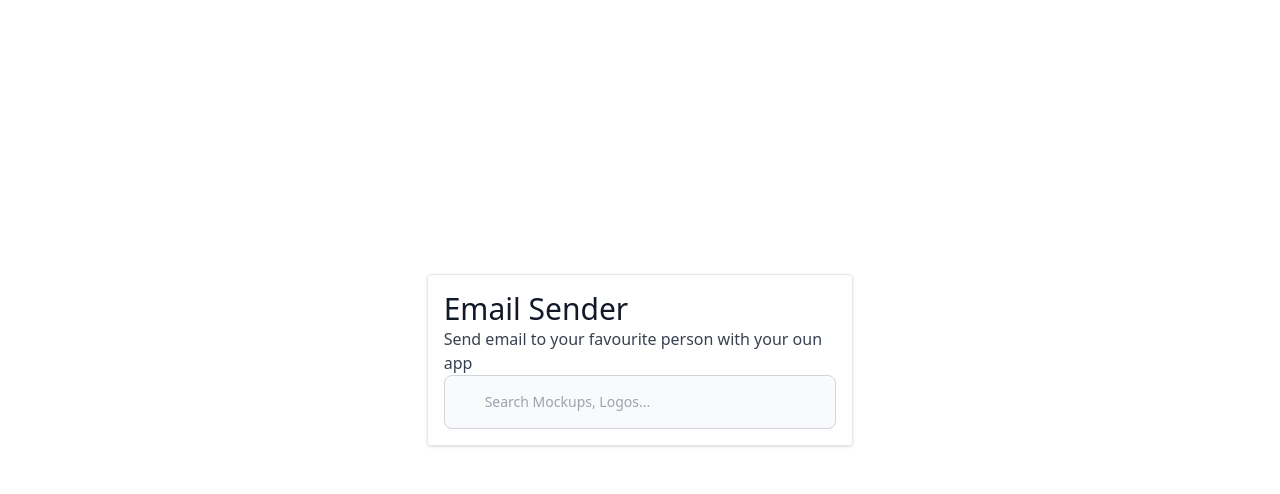
Repository: vikas-1234/EmailReactProject
Page: / (app in email-sender/)
These files come from the project's save history. The page is drawn as it stood at one moment and after the next save; the edit follows.
The browser window is 1280 px wide. The pictures show the whole page.
The project was rebuilt for these pictures with package versions that can differ from the ones it lists, and the page was loaded fresh each time. Also part of the build but not shown: email-sender/vite.config.js, email-sender/src/App.css.

Above is the page before, as saved 2024-04-20 14:46:10.

After the next save:
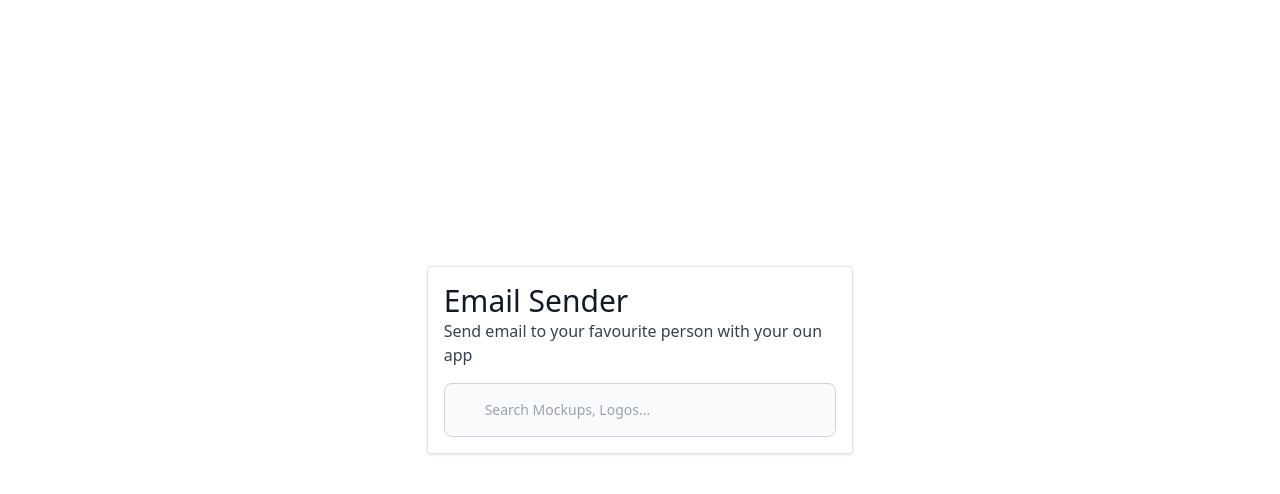
Saved 77 s later.
--- a/email-sender/src/components/EmailSender.jsx
+++ b/email-sender/src/components/EmailSender.jsx
@@ -15,7 +15,7 @@ function EmailSender() {
 
 <form action="">
 
-<div className="input_field">
+<div className="input_field mt-4">
 <label for="default-search" class="mb-2 text-sm font-medium text-gray-900 sr-only dark:text-white">To whom you want send email</label>
 <input type="search" id="default-search" class="block w-full p-4 ps-10 text-sm text-gray-900 border border-gray-300 rounded-lg bg-gray-50 focus:ring-blue-500 focus:border-blue-500 dark:bg-gray-700 dark:border-gray-600 dark:placeholder-gray-400 dark:text-white dark:focus:ring-blue-500 dark:focus:border-blue-500" placeholder="Search Mockups, Logos..." required />
 
